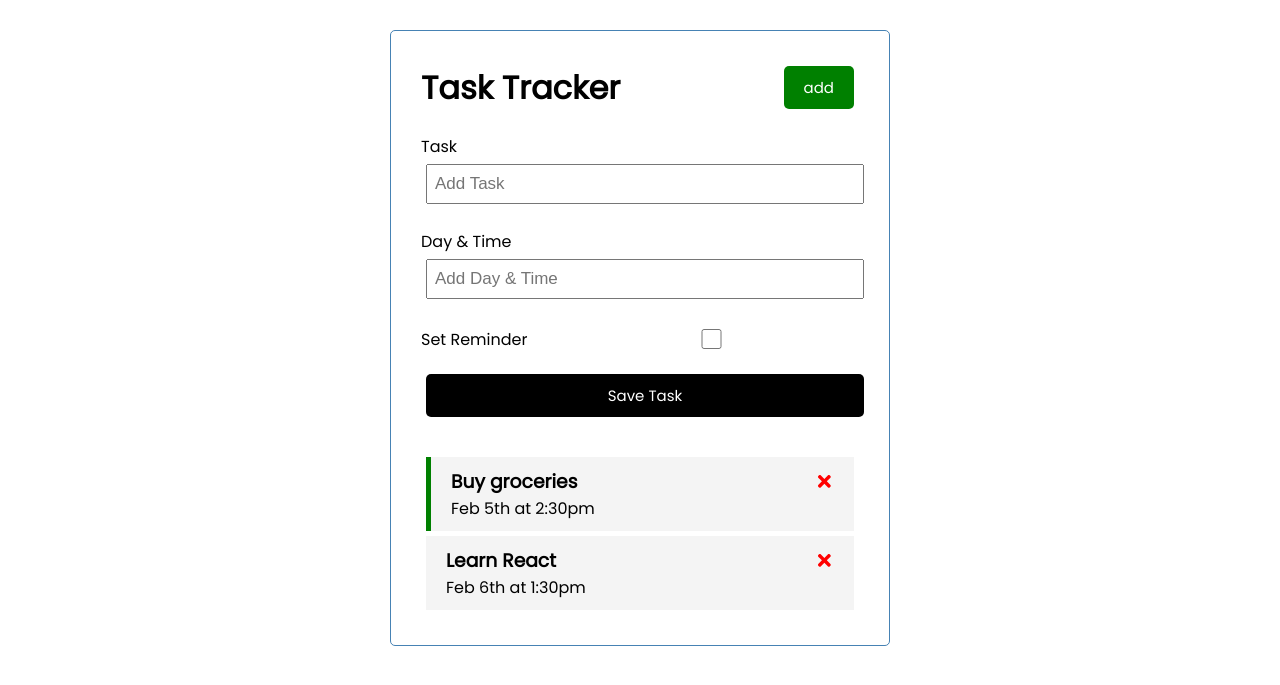
Repository: Samkiroko/task-tracker-app
Page: /
These files come from the project's save history. The page is drawn as it stood at one moment and after the next save; the edit follows.
The browser window is 1280 px wide. The pictures show the whole page.
The project was rebuilt for these pictures with package versions that can differ from the ones it lists, and the page was loaded fresh each time.

Above is the page before, as saved 2021-08-04 22:16:12.

### public/index.html
<!DOCTYPE html>
<html lang="en">

<head>
    <meta charset="utf-8" />
    <link rel="icon" href="%PUBLIC_URL%/favicon.ico" />
    <meta name="viewport" content="width=device-width, initial-scale=1" />
    <meta name="theme-color" content="#000000" />
    <meta name="description" content="Web site created using create-react-app" />
    <link rel="apple-touch-icon" href="%PUBLIC_URL%/logo192.png" />

    <link rel="manifest" href="%PUBLIC_URL%/manifest.json" />

    <title>Task tracker App</title>
</head>

<body>
    <div id="root"></div>
</body>

</html>

### src/index.css
@import url('https://fonts.googleapis.com/css2?family=Poppins:wght@300;400&display=swap');
* {
    box-sizing: border-box;
    margin: 0;
    padding: 0;
}

body {
    font-family: 'Poppins', sans-serif;
}

.container {
    max-width: 500px;
    margin: 30px auto;
    overflow: auto;
    min-height: 300px;
    border: 1px solid steelblue;
    padding: 30px;
    border-radius: 5px;
}

.header {
    display: flex;
    justify-content: space-between;
    align-items: center;
    margin-bottom: 20px;
}

.btn {
    display: inline-block;
    background: #000;
    color: #fff;
    border: none;
    padding: 10px 20px;
    margin: 5px;
    border-radius: 5px;
    cursor: pointer;
    text-decoration: none;
    font-size: 15px;
    font-family: inherit;
}

.btn:focus {
    outline: none;
}

.btn:active {
    transform: scale(0.98);
}

.btn-block {
    display: block;
    width: 100%;
}

.task {
    background: #f4f4f4;
    margin: 5px;
    padding: 10px 20px;
    cursor: pointer;
}

.task.reminder {
    border-left: 5px solid green;
}

.task h3 {
    display: flex;
    align-items: center;
    justify-content: space-between;
}

.add-form {
    margin-bottom: 40px;
}

.form-control {
    margin: 20px 0;
}

.form-control label {
    display: block;
}

.form-control input {
    width: 100%;
    height: 40px;
    margin: 5px;
    padding: 3px 7px;
    font-size: 17px;
}

.form-control-check {
    display: flex;
    align-items: center;
    justify-content: space-between;
}

.form-control-check label {
    flex: 1;
}

.form-control-check input {
    flex: 2;
    height: 20px;
}

footer {
    margin-top: 30px;
    text-align: center;
}

### src/App.js
import { useState } from 'react';
import AddTask from './components/AddTask';
import Header from './components/Header';
import Task from './components/Tasks';

function App() {
  const [showAddTask, setShowAddTask] = useState(false);
  const [tasks, setTasks] = useState([
    {
      id: 1,
      text: 'Buy groceries',
      day: 'Feb 5th at 2:30pm',
      reminder: true,
    },
    {
      id: 2,
      text: 'Learn React',
      day: 'Feb 6th at 1:30pm',
      completed: false,
    },
  ]);

  // Add Task
  const addTask = (task) => {
    const id = Math.floor(Math.random() * 10000) + 1;
    const newTask = {
      id,
      ...task,
    };
    setTasks([...tasks, newTask]);
  };

  // Delete Task
  const deleteTask = (id) => {
    setTasks(tasks.filter((task) => task.id !== id));
  };

  //  Toggle reminder
  const toggleReminder = (id) => {
    setTasks(
      tasks.map((task) =>
        task.id === id ? { ...task, reminder: !task.reminder } : task,
      ),
    );
  };

  return (
    <div className="container">
      <Header title="Task Tracker" />
      <AddTask onAdd={addTask} />
      {tasks.length > 0 ? (
        <Task tasks={tasks} onDelete={deleteTask} onToggle={toggleReminder} />
      ) : (
        <div>No Tasks</div>
      )}
    </div>
  );
}

export default App;

### src/components/AddTask.js
import { useState } from 'react';

const AddTask = ({ onAdd }) => {
  const [text, setText] = useState('');
  const [day, setDay] = useState('');
  const [reminder, setReminder] = useState(false);

  const onSubmit = (e) => {
    e.preventDefault();

    if (!text) {
      alert('Please add a task');
      return;
    }

    onAdd({ text, day, reminder });

    setText('');
    setDay('');
    setReminder(false);
  };

  return (
    <form className="add-form" onSubmit={onSubmit}>
      <div className="form-control">
        <label>Task</label>
        <input
          type="text"
          placeholder="Add Task"
          value={text}
          onChange={(e) => setText(e.target.value)}
        />
      </div>
      <div className="form-control">
        <label>Day & Time</label>
        <input
          type="text"
          placeholder="Add Day & Time"
          value={day}
          onChange={(e) => setDay(e.target.value)}
        />
      </div>
      <div className="form-control form-control-check">
        <label>Set Reminder</label>
        <input
          type="checkbox"
          checked={reminder}
          value={reminder}
          onChange={(e) => setReminder(e.currentTarget.checked)}
        />
      </div>

      <input type="submit" value="Save Task" className="btn btn-block" />
    </form>
  );
};

export default AddTask;

### src/components/Header.js
import React from 'react';
import Button from './Button';

const Header = ({ title }) => {
  const onClick = () => {
    console.log('Header clicked');
  };

  return (
    <header className="header">
      <h1>{title}</h1>
      <Button color="green" text="add" onClick={onClick} />
    </header>
  );
};

export default Header;

### src/components/Tasks.js
import Task from './Task';

const Tasks = ({ tasks, onDelete, onToggle }) => {
  return (
    <>
      {tasks.map((task) => (
        <Task
          key={task.id}
          task={task}
          onDelete={onDelete}
          onToggle={onToggle}
        />
      ))}
    </>
  );
};

export default Tasks;

### src/components/Button.js
import PropTypes from 'prop-types';
import React from 'react';

const Button = ({ color, text, onClick }) => {
  return (
    <button
      onClick={onClick}
      style={{ backgroundColor: color }}
      className="btn">
      {text}
    </button>
  );
};

Button.defaultProps = {
  color: 'steelblue',
};

Button.propTypes = {
  color: PropTypes.string,
  text: PropTypes.string,
  onClick: PropTypes.func,
};

export default Button;

### src/components/Task.js
import React from 'react';
import { FaTimes } from 'react-icons/fa';

const Task = ({ task, onDelete, onToggle }) => {
  return (
    <div
      className={`task ${task.reminder ? 'reminder' : ''}`}
      onDoubleClick={() => onToggle(task.id)}>
      <h3>
        {task.text}
        <FaTimes
          style={{ color: 'red', cursor: 'pointer' }}
          onClick={() => onDelete(task.id)}
        />
      </h3>
      <p>{task.day}</p>
    </div>
  );
};

export default Task;

Loaded but not shown: src/index.js (common file)

After the next save:
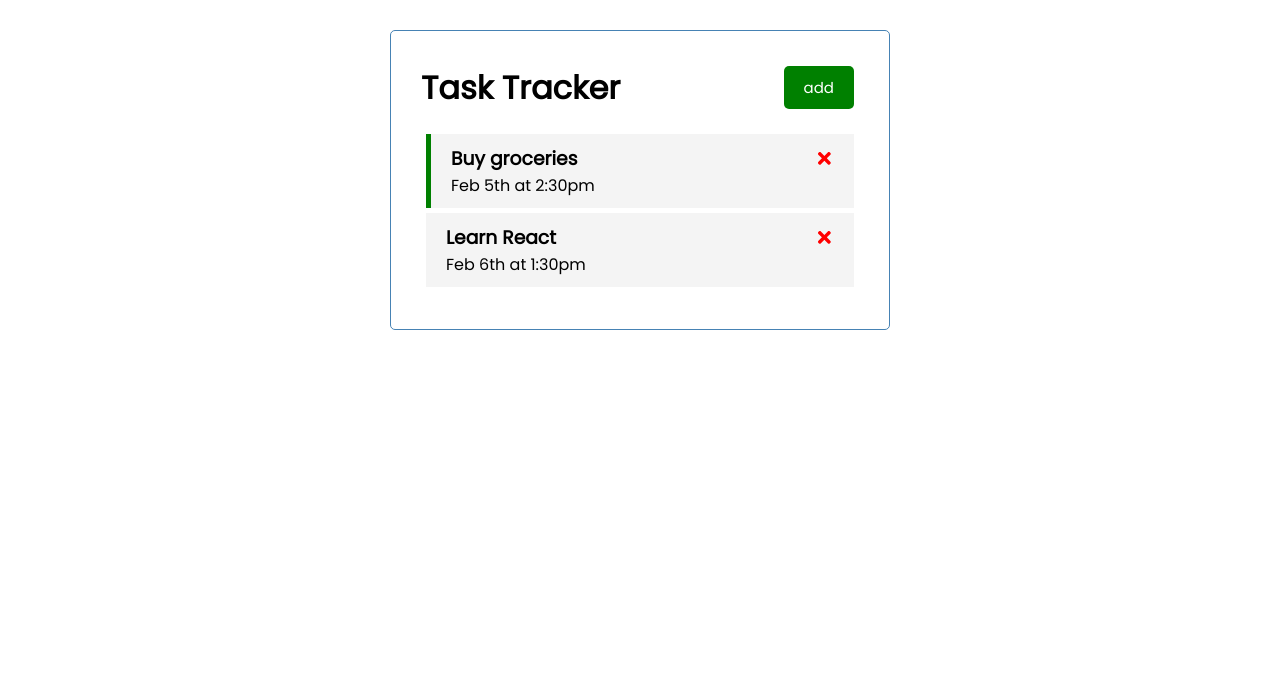
Saved 52 s later.
--- a/src/App.js
+++ b/src/App.js
@@ -47,7 +47,7 @@ function App() {
   return (
     <div className="container">
       <Header title="Task Tracker" />
-      <AddTask onAdd={addTask} />
+      {showAddTask && <AddTask onAdd={addTask} />}
       {tasks.length > 0 ? (
         <Task tasks={tasks} onDelete={deleteTask} onToggle={toggleReminder} />
       ) : (
